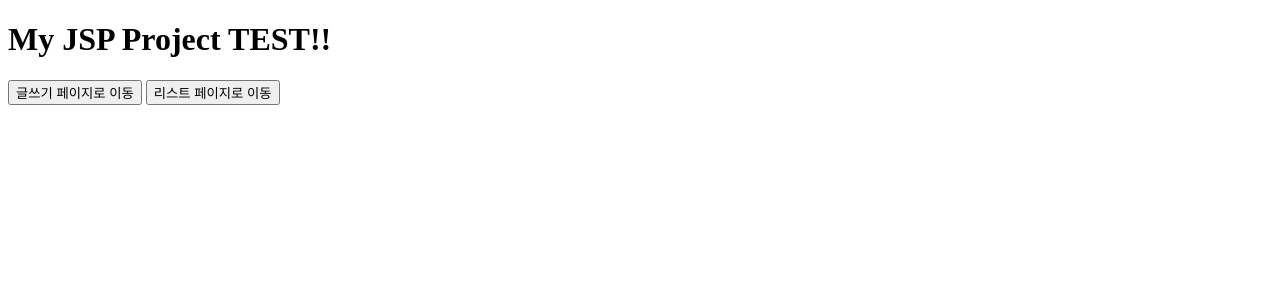
Repository: dlfhrrl12/jsptest
Page: http://localhost/jsp_study2/
The author's editor kept a copy of each file at every save. The page is drawn from the files as they stood at one save, then again after the next save.
The browser window is 1280 px wide. The pictures show the whole page.
The page is served by Tomcat 9.

Above is the page before, as saved 2024-04-16 08:50:29.

After the next save:
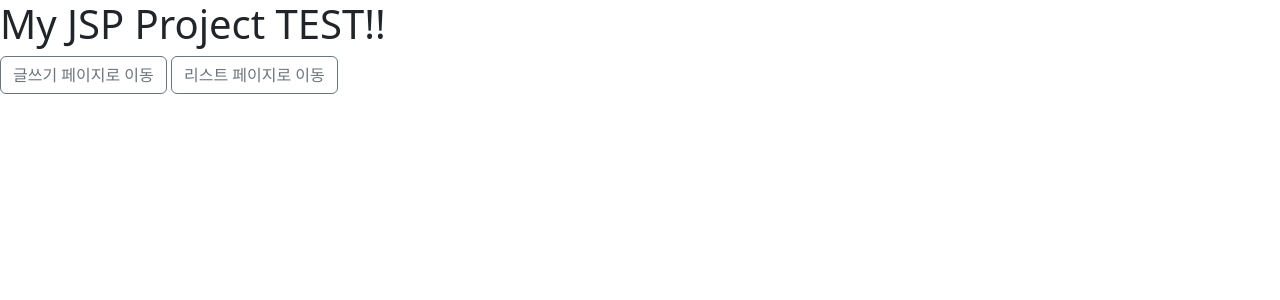
Saved 57 s later.
--- a/jsp_study2/src/main/webapp/index.jsp
+++ b/jsp_study2/src/main/webapp/index.jsp
@@ -5,6 +5,8 @@
 <head>
 <meta charset="UTF-8">
 <title>Insert title here</title>
+<link href="https://cdn.jsdelivr.net/npm/bootstrap@5.3.3/dist/css/bootstrap.min.css" rel="stylesheet" integrity="sha384-QWTKZyjpPEjISv5WaRU9OFeRpok6YctnYmDr5pNlyT2bRjXh0JMhjY6hW+ALEwIH" crossorigin="anonymous">
+<script src="https://cdn.jsdelivr.net/npm/bootstrap@5.3.3/dist/js/bootstrap.bundle.min.js" integrity="sha384-YvpcrYf0tY3lHB60NNkmXc5s9fDVZLESaAA55NDzOxhy9GkcIdslK1eN7N6jIeHz" crossorigin="anonymous"></script>
 </head>
 <body>
 	<h1>My JSP Project TEST!!</h1>
